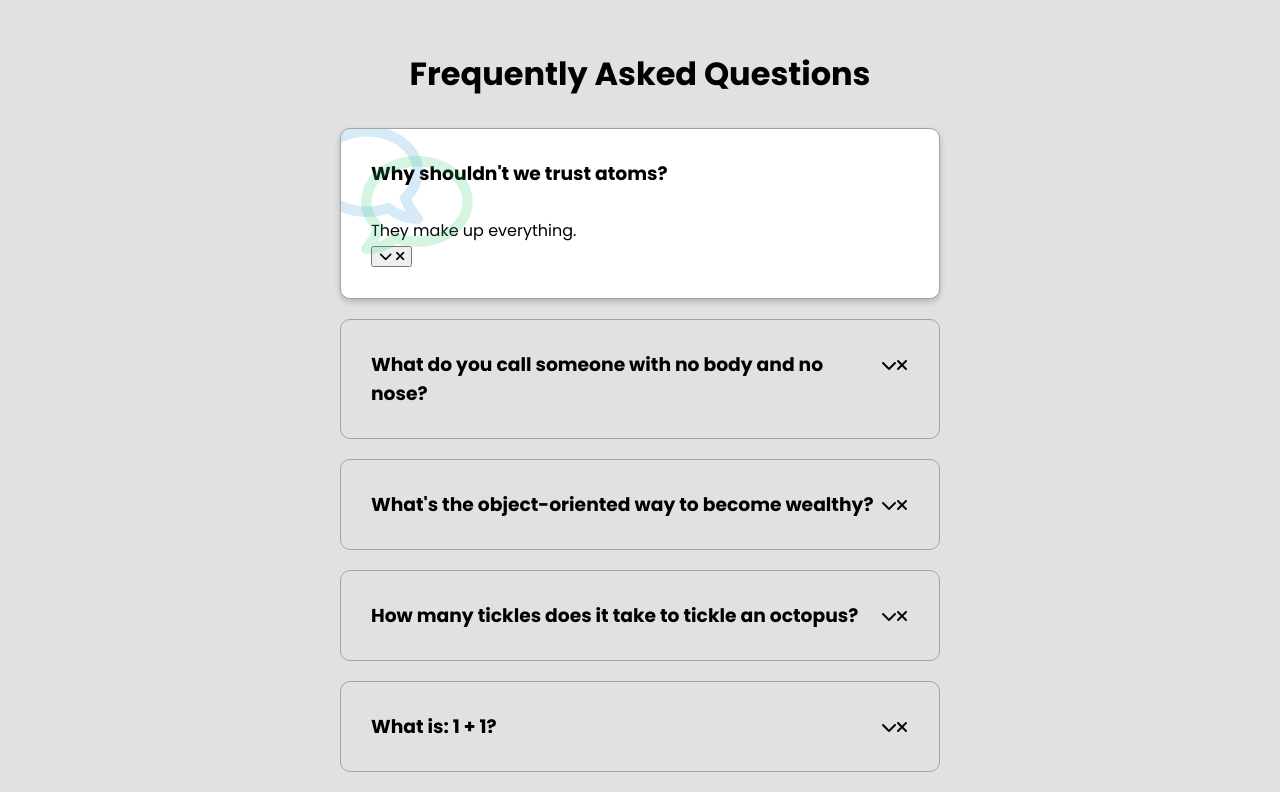
Repository: huynhvanngoan/50projectsin50days
Page: Day12/index.html
The author's editor kept a copy of each file at every save. The page is drawn from the files as they stood at one save, then again after the next save.
The browser window is 1280 px wide. The pictures show the whole page.

Above is the page before, as saved 2022-11-14 23:20:28.

### Day12/index.html
<!DOCTYPE html>
<html lang="en">
<head>
    <meta charset="UTF-8">
    <meta http-equiv="X-UA-Compatible" content="IE=edge">
    <meta name="viewport" content="width=device-width, initial-scale=1.0">
    <title>Day 12 - FAQ Collapse</title>
    <link rel="stylesheet" href="https://cdnjs.cloudflare.com/ajax/libs/font-awesome/6.2.0/css/all.min.css"
        integrity="sha512-xh6O/CkQoPOWDdYTDqeRdPCVd1SpvCA9XXcUnZS2FmJNp1coAFzvtCN9BmamE+4aHK8yyUHUSCcJHgXloTyT2A=="
        crossorigin="anonymous" referrerpolicy="no-referrer" />
    <link rel="stylesheet" href="style.css">
</head>
<body>
    <h1>Frequently Asked Questions</h1>
    <div class="faq-container">
        <div class="faq active">
            <h3 class="faq-title">
                Why shouldn't we trust atoms?
            </h3>
            <p class="faq-text">
                They make up everything.
            </p>
            <button>
                <i class="fas fa-chevron-down"></i>
                <i class="fas fa-times"></i>
            </button>
        </div>
        <div class="faq ">
            <h3 class="faq-title">
                What do you call someone with no body and no nose?
            </h3>
            <p class="faq-text">
                Nobody knows.
            </p>
            <button class = "faq-toggle">
                <i class="fas fa-chevron-down"></i>
                <i class="fas fa-times"></i>
            </button>
        </div>
        <div class="faq ">
            <h3 class="faq-title">
                What's the object-oriented way to become wealthy?
            </h3>
            <p class="faq-text">
                Inheritance.
            </p>
            <button class = "faq-toggle">
                <i class="fas fa-chevron-down"></i>
                <i class="fas fa-times"></i>
            </button>
        </div>
        <div class="faq ">
            <h3 class="faq-title">
                How many tickles does it take to tickle an octopus?
            </h3>
            <p class="faq-text">
                Ten-tickles!
            </p>
            <button class = "faq-toggle">
                <i class="fas fa-chevron-down"></i>
                <i class="fas fa-times"></i>
            </button>
        </div>
        <div class="faq ">
            <h3 class="faq-title">
                What is: 1 + 1?
            </h3>
            <p class="faq-text">
                Depends on who are you asking.
            </p>
            <button class = "faq-toggle">
                <i class="fas fa-chevron-down"></i>
                <i class="fas fa-times"></i>
            </button>
        </div>
    </div>
    <script src="script.js"></script>
</body>
</html>

### Day12/style.css
@import url('https://fonts.googleapis.com/css2?family=Poppins:wght@300;400;500;600;700&display=swap');
* {
    box-sizing: border-box;
}

body {
    font-family: 'Poppins', sans-serif;
    background-color: #e1e1e1;
}

h1{
    margin: 50px 0 30px;
    text-align: center;
}
.faq-container {
    max-width: 600px;
    margin: 0 auto;
}
.faq {
    background-color: transparent;
    border: 1px solid #9fa4a8;
    border-radius: 10px;
    margin: 20px 0;
    padding: 30px;
    position: relative;
    overflow: hidden;
    transition: 0.3s ease;
}
.faq.active {
    background-color: #fff;
    box-shadow: 0 3px 6px rgba(0, 0, 0, 0.1), 0 3px 6px rgba(0, 0, 0, 0.1);
}

.faq.active::before,
.faq.active::after {
    content: '\f075';
    font-family: 'Font Awesome 6 Free';
    color: #2ecc71;
    font-size: 7rem;
    position: absolute;
    opacity: 0.2;
    top: 20px;
    left: 20px;
    z-index: 0;
}
.faq.active::before{
    color: #3498db;
    top: -10px;
    left: -30px;
    transform: rotateY(180deg);
}
.faq-title {
    margin: 0 35px 0 0;
}
.faq-text {
    display: none;
    margin: 30px 0 0;
}
.faq.active .faq-text{
    display: block;
}
.faq-toggle {
    background-color: transparent;
    border: 0;
    cursor: pointer;
    display: flex;
    align-items: center;
    justify-content: center;
    font-size: 16px;
    padding: 0;
    position: absolute;
    top: 30px;
    right: 30px;
    height: 30px;
    width: 30px;
}

Loaded but not shown: Day12/script.js (no copy from this time; the picture is the same without it)

After the next save:
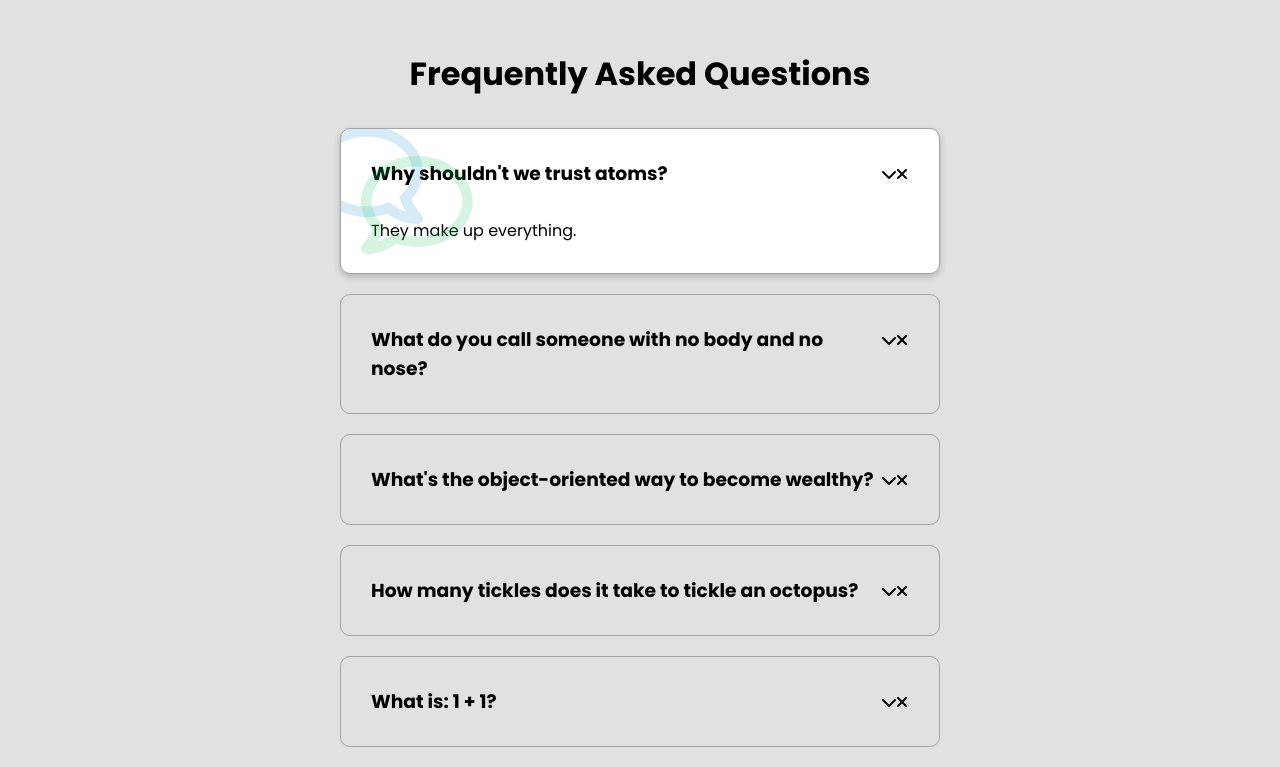
Saved 6 s later.
--- a/Day12/index.html
+++ b/Day12/index.html
@@ -20,7 +20,7 @@
             <p class="faq-text">
                 They make up everything.
             </p>
-            <button>
+            <button class = "faq-toggle">
                 <i class="fas fa-chevron-down"></i>
                 <i class="fas fa-times"></i>
             </button>
